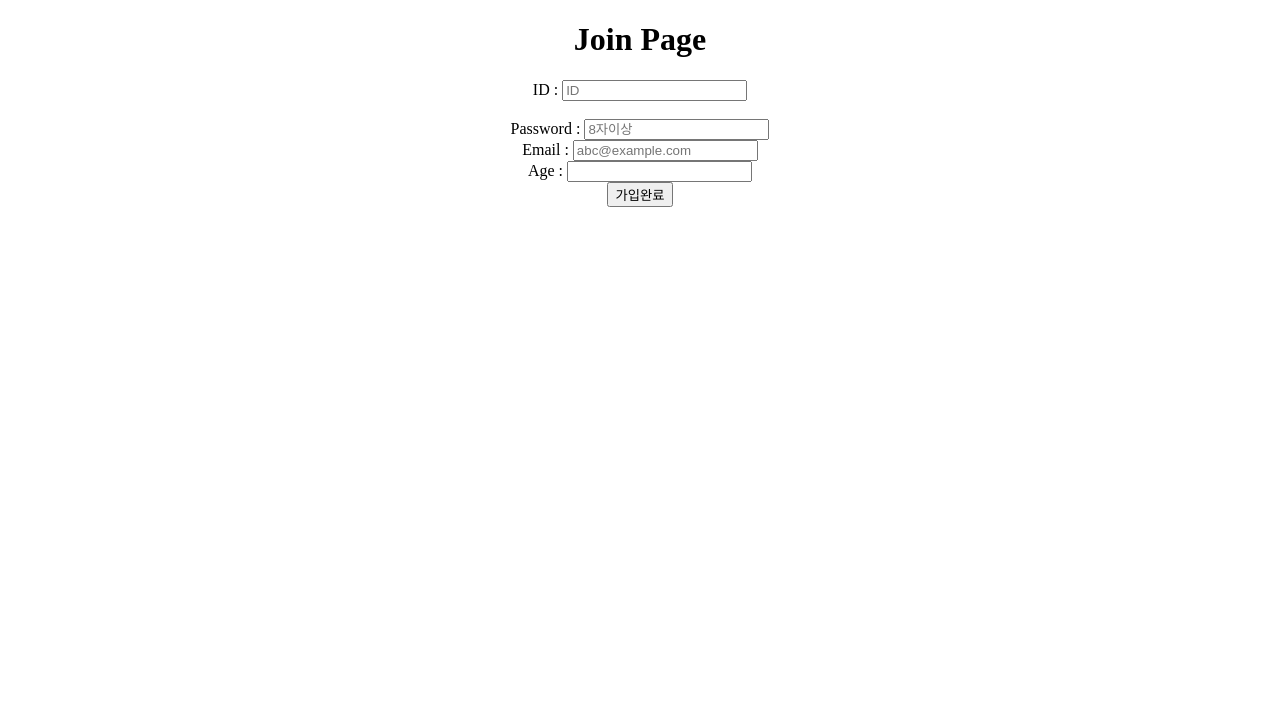
Repository: doridori890130/JSP
Page: http://localhost/jsp_project/mem/join
An editor plug-in stored every save of this project. The page is shown before and after the next save, followed by the edit.
The browser window is 1280 px wide. The pictures show the whole page.
The page is served by Tomcat 9. Other server files are loaded and not shown.

Above is the page before, as saved 2023-06-01 04:36:41.

### jsp_project4/jsp_project/src/main/webapp/member/join.jsp
<%@ page language="java" contentType="text/html; charset=UTF-8"
    pageEncoding="UTF-8"%>
<!DOCTYPE html>
<html>
<head>

<style type="text/css">
h1{
text-align: center;
}

div{
	text-align: center;
	background: lightpupple;

}
</style>
<meta charset="UTF-8">
<title>Join page</title>
</head>
<body>
	<h1>Join Page</h1>
	<div>
	<form action="/mem/register" method="post" >
		ID : <input type="text" name="id" placeholder="ID" > <br> <br>
		Password : <input type="password" name="password" placeholder="8자이상" > <br>
		Email : <input type="text" name="email" placeholder="abc@example.com" > <br>
		Age : <input type="text" name="age"> <br>
		<button type="submit" >가입완료</button>
	</form>
	</div>
</body>
</html>

### jsp_project4/jsp_project/src/main/java/Controller/MemberController.java
package Controller;

import java.io.IOException;
import java.util.List;

import javax.servlet.RequestDispatcher;
import javax.servlet.ServletException;
import javax.servlet.annotation.WebServlet;
import javax.servlet.http.HttpServlet;
import javax.servlet.http.HttpServletRequest;
import javax.servlet.http.HttpServletResponse;
import javax.servlet.http.HttpSession;

import org.slf4j.Logger;
import org.slf4j.LoggerFactory;

import domain.MemberVO;
import service.MemberService;
import service.MemberServiceImpl;

/**
 * Servlet implementation class MemberController
 */
@WebServlet("/mem/*")
public class MemberController extends HttpServlet {
	private static final long serialVersionUID = 1L;
	private static Logger log = LoggerFactory.getLogger(MemberController.class);
	private RequestDispatcher rdp; // 웹의 목적지 주소로 객체를 전달해주는 객체
    private String destpage;
    private int isOk;
    private MemberService msv;

    public MemberController() {
        msv = new MemberServiceImpl();
    }


	protected void service(HttpServletRequest request, HttpServletResponse response) throws ServletException, IOException {
		//characterENcoding 설정
		request.setCharacterEncoding("utf-8");
		response.setCharacterEncoding("utf-8");
		response.setContentType("text/html; charset=utf-8");

		String uri = request.getRequestURI();
		log.info(">>> uri : "+uri);
		String path = uri.substring(uri.lastIndexOf("/")+1);
		log.info(">>> path : "+path);

		switch(path) {
		case "join":
			destpage="/member/join.jsp";
			break;
		case "register":
			try {
				String id = request.getParameter("id");
				String password = request.getParameter("password");
				String email = request.getParameter("email");
				int age = Integer.parseInt(request.getParameter("age"));
				MemberVO mvo = new MemberVO(id,password,email,age);
				isOk = msv.register(mvo);
			} catch (Exception e) {
				e.printStackTrace();
			}
			break;
		case "login":
			destpage="/member/login.jsp";
			break;
		case "login_auth":
			try {
				String id = request.getParameter("id");
				String password = request.getParameter("password");
				MemberVO mvo= new MemberVO(id,password);
				MemberVO loginMvo = msv.login(mvo);
				if(loginMvo != null) {
					HttpSession ses = request.getSession();
					ses.setAttribute("ses", loginMvo);
					ses.setMaxInactiveInterval(10*60);
				}else {
					request.setAttribute("msg_login", 0);
				}
				destpage="/";
			} catch (Exception e) {
				e.printStackTrace();
			}
			break;
		case "logout":
			try {
				HttpSession ses = request.getSession();
				MemberVO mvo = (MemberVO )ses.getAttribute("ses");
				String id = mvo.getId();
				isOk = msv.lastlogin(id);
				ses.invalidate();

			} catch (Exception e) {
				e.printStackTrace();
			}
			destpage="/";
			break;
		case "modify":
			destpage="/member/modify.jsp";
			break;
		case "edit" :
			try {
				MemberVO mvo = new MemberVO(
						request.getParameter("id"),
						request.getParameter("password"),
						request.getParameter("email"),
						Integer.parseInt(request.getParameter("age")),
						request.getParameter("reg_date"),
						request.getParameter("last_login"));
				isOk=msv.modify(mvo);
				if(isOk>0) {
					request.setAttribute("mvo", mvo);
					HttpSession ses = request.getSession();
					ses.setAttribute("ses", mvo);
				}
				destpage="/";
			} catch (Exception e) {
				e.printStackTrace();
			}
			break;
		case "list" :
			try {
				List<MemberVO> list = msv.getList();
				request.setAttribute("list", list);
				destpage="/member/list.jsp";
			} catch (Exception e) {
				e.printStackTrace();
			}
			break;
		case "remove":
			try {
				HttpSession ses = request.getSession();
				MemberVO reMvo = (MemberVO)ses.getAttribute("ses");
				String delId= reMvo.getId();
				isOk = msv.remove(delId);
				ses.invalidate();
				destpage="/";
			} catch (Exception e) {
				e.printStackTrace();
			}
			break;
		}


		rdp = request.getRequestDispatcher(destpage);
		rdp.forward(request, response);
	}


	protected void doGet(HttpServletRequest request, HttpServletResponse response) throws ServletException, IOException {
		service(request,response);
	}


	protected void doPost(HttpServletRequest request, HttpServletResponse response) throws ServletException, IOException {
		service(request,response);
	}

}

### jsp_project4/jsp_project/src/main/java/service/MemberServiceImpl.java
package service;

import java.util.List;

import org.slf4j.Logger;
import org.slf4j.LoggerFactory;

import domain.MemberVO;
import repository.MemberDAO;
import repository.MemberDAOImpl;

public class MemberServiceImpl implements MemberService {
	private static Logger log = LoggerFactory.getLogger(MemberServiceImpl.class);
	private MemberDAO mdao;

	public MemberServiceImpl() {
		mdao= new MemberDAOImpl();
	}

	@Override
	public int register(MemberVO mvo) {
		log.info(">>register service");
		return mdao.register(mvo);
	}

	@Override
	public MemberVO login(MemberVO mvo) {
		log.info(">>login service");
		return mdao.login(mvo);
	}

	@Override
	public int lastlogin(String id) {
		log.info(">>lastlogin service");
		return mdao.lastlogin(id);
	}

	@Override
	public int modify(MemberVO mvo) {
		log.info(">>lastlogin service");
		return mdao.modify(mvo);
	}

	@Override
	public List<MemberVO> getList() {
		log.info(">>lastlogin service");
		return mdao.list();
	}

	@Override
	public int remove(String delId) {
		log.info(">>lastlogin service");
		return mdao.remove(delId);
	}
}

### jsp_project4/jsp_project/src/main/java/repository/MemberDAO.java
package repository;

import java.util.List;

import domain.MemberVO;

public interface MemberDAO {

	int register(MemberVO mvo);

	MemberVO login(MemberVO mvo);

	int lastlogin(String id);

	int modify(MemberVO mvo);

	List<MemberVO> list();

	int remove(String delId);

}

### jsp_project4/jsp_project/src/main/java/repository/MemberDAOImpl.java
package repository;

import java.util.List;

import org.apache.ibatis.session.SqlSession;
import org.slf4j.Logger;
import org.slf4j.LoggerFactory;

import domain.MemberVO;
import orm.DatabaseBuilder;



public class MemberDAOImpl implements MemberDAO {
	private static Logger log = LoggerFactory.getLogger(MemberDAOImpl.class);
	private SqlSession sql;
	private String NS = "MemberMapper.";

	public MemberDAOImpl() {
		new DatabaseBuilder();
		sql= DatabaseBuilder.getFactory().openSession();
	}

	@Override
	public int register(MemberVO mvo) {
		int isOk=sql.insert(NS+"register",mvo);
		if(isOk>0) {
			sql.commit();
		}
		return isOk;
	}

	@Override
	public MemberVO login(MemberVO mvo) {

		return sql.selectOne(NS+"login",mvo);
	}

	@Override
	public int lastlogin(String id) {
		int isOk=sql.update(NS+"lastlogin",id);
		if(isOk>0) {
			sql.commit();
		}
		return isOk;
	}

	@Override
	public int modify(MemberVO mvo) {
		int isOk=sql.update(NS+"modify",mvo);
		if(isOk>0) {
			sql.commit();
		}
		return isOk;
	}

	@Override
	public List<MemberVO> list() {

		return sql.selectList(NS+"list");
	}

	@Override
	public int remove(String delId) {
		int isOk=sql.delete(NS+"del",delId);
		if(isOk>0) {
			sql.commit();
		}
		return isOk;
	}
}

### jsp_project4/jsp_project/src/main/java/orm/DatabaseBuilder.java
package orm;


import java.io.IOException;
import org.apache.ibatis.io.Resources;
import org.apache.ibatis.session.SqlSessionFactory;
import org.apache.ibatis.session.SqlSessionFactoryBuilder;
import org.slf4j.Logger;
import org.slf4j.LoggerFactory;

public class DatabaseBuilder {
	private static Logger log = LoggerFactory.getLogger(DatabaseBuilder.class);
	private static SqlSessionFactory factory;
	private static final String config = "orm/MybatisConfig.xml";

	static {
		try {
			factory = new SqlSessionFactoryBuilder().build(Resources.getResourceAsReader(config));

		} catch (IOException e) {
			log.info("Mybatis 설정오류");
			e.printStackTrace();
		}
	}
	public static SqlSessionFactory getFactory() {
		return factory;
	}
}

### jsp_project4/jsp_project/src/main/java/domain/MemberVO.java
package domain;

public class MemberVO {
//	create table meminfo(
//			mno int auto_increment,
//			id varchar(100),
//			password varchar(100),
//			email varchar(100),
//			age int,
//			reg_date datetime default now(),
//			last_login datetime default null,
//			primary key(mno));
	private int mno;
	private String id;
	private String password;
	private String email;
	private int age;
	private String reg_date;
	private String last_login;

	public MemberVO() {}
	//resister (id, passwor, email, age)
	public MemberVO(String id ,String password, String email, int age) {
		this.id=id;
		this.password=password;
		this.email=email;
		this.age=age;
	}

	// login
	public MemberVO(String id, String password) {
		this.id=id;
		this.password=password;
	}

	//list(id, email, age, reg_date, last_login)
	public MemberVO(String id, String email,int age,String reg_date , String last_login) {
		this.id=id;
		this.email=email;
		this.age=age;
		this.reg_date=reg_date;
		this.last_login=last_login;
	}
	//modify (password, age, email)
	public MemberVO(String password, int age, String email) {
		this.password=password;
		this.age=age;
		this.email=email;
	}
	public MemberVO(String id, String password, String email, int age, String reg_date, String last_login) {

		this.id = id;
		this.password = password;
		this.email = email;
		this.age = age;
		this.reg_date = reg_date;
		this.last_login = last_login;
	}
	public int getMno() {
		return mno;
	}
	public void setMno(int mno) {
		this.mno = mno;
	}
	public String getId() {
		return id;
	}
	public void setId(String id) {
		this.id = id;
	}
	public String getPassword() {
		return password;
	}
	public void setPassword(String password) {
		this.password = password;
	}
	public String getEmail() {
		return email;
	}
	public void setEmail(String email) {
		this.email = email;
	}
	public int getAge() {
		return age;
	}
	public void setAge(int age) {
		this.age = age;
	}
	public String getReg_date() {
		return reg_date;
	}
	public void setReg_date(String reg_date) {
		this.reg_date = reg_date;
	}
	public String getLast_login() {
		return last_login;
	}
	public void setLast_login(String last_login) {
		this.last_login = last_login;
	}
	@Override
	public String toString() {
		return "MemberVo [mno=" + mno + ", id=" + id + ", password=" + password + ", email=" + email + ", age=" + age
				+ ", reg_date=" + reg_date + ", last_login=" + last_login + "]";
	}

}

### jsp_project4/jsp_project/src/main/java/domain/BoardVO.java
package domain;

public class BoardVO {
	private int bno;
	private String title;
	private String writer;
	private String content;
	private String reg_date;
	private int read_count;
	private String image_file;

	public BoardVO() {}

	//register(title, writer, content)
	public BoardVO(String title, String writer, String content) {
		this.title = title;
		this.writer = writer;
		this.content = content;
	}
	//list(bno, title, writer, reg_date)
	public BoardVO(int bno, String title, String writer,
			String reg_date, int read_count) {
		this.bno = bno;
		this.title = title;
		this.writer = writer;
		this.reg_date = reg_date;
		this.read_count = read_count;
	}
	//detail(all)
	public BoardVO(int bno, String title, String writer, String content, String reg_date, int read_count, String image_file) {
		this.bno = bno;
		this.title = title;
		this.writer = writer;
		this.content = content;
		this.reg_date = reg_date;
		this.read_count = read_count;
		this.image_file = image_file;
	}

	//update(bno, title, content)
	public BoardVO(int bno, String title, String content) {
		this.bno = bno;
		this.title =title;
		this.content=content;
	}

	//getter/setter
	public int getBno() {
		return bno;
	}

	public void setBno(int bno) {
		this.bno = bno;
	}

	public String getTitle() {
		return title;
	}

	public int getRead_count() {
		return read_count;
	}

	public void setRead_count(int read_count) {
		this.read_count = read_count;
	}

	public void setTitle(String title) {
		this.title = title;
	}

	public String getWriter() {
		return writer;
	}

	public void setWriter(String writer) {
		this.writer = writer;
	}

	public String getContent() {
		return content;
	}

	public void setContent(String content) {
		this.content = content;
	}

	public String getReg_date() {
		return reg_date;
	}

	public void setReg_date(String reg_date) {
		this.reg_date = reg_date;
	}


	public String getImage_file() {
		return image_file;
	}

	public void setImage_file(String image_file) {
		this.image_file = image_file;
	}

	@Override
	public String toString() {
		return "BoardVO [bno=" + bno + ", title=" + title + ", writer=" + writer + ", content=" + content
				+ ", reg_date=" + reg_date + ", read_count=" + read_count + "]";
	}




}

### jsp_project4/jsp_project/src/main/java/domain/CommentVO.java
package domain;

public class CommentVO {
	private int cno;
	private int bno;
	private String writer;
	private String content;
	private String reg_date;

	public CommentVO() {}

	//post(bno, writer, content)
	public CommentVO(int bno, String writer, String content) {
	this.bno=bno;
	this.writer=writer;
	this.content=content;
	}
	//(writer, content, cno)
	public CommentVO(String writer, String content, int cno) {
	this.writer = writer;
	this.content = content;
	this.cno = cno;
	}
	//modify(cno, content)
	public CommentVO(int cno, String content) {
		this.cno = cno;
		this.content = content;
	}
	//list(bno, cno, writer, content, reg_date)
	public CommentVO(int bno, int cno, String writer, String content,
			String reg_date) {
		this(bno, writer, content);
		this.cno=cno;
		this.reg_date=reg_date;
	}

	public int getCno() {
		return cno;
	}

	public void setCno(int cno) {
		this.cno = cno;
	}

	public int getBno() {
		return bno;
	}

	public void setBno(int bno) {
		this.bno = bno;
	}

	public String getWriter() {
		return writer;
	}

	public void setWriter(String writer) {
		this.writer = writer;
	}

	public String getContent() {
		return content;
	}

	public void setContent(String content) {
		this.content = content;
	}

	public String getReg_date() {
		return reg_date;
	}

	public void setReg_date(String reg_date) {
		this.reg_date = reg_date;
	}

	@Override
	public String toString() {
		return "CommentVO [cno=" + cno + ", bno=" + bno + ", writer=" + writer + ", content=" + content + ", reg_date="
				+ reg_date + "]";
	}
}

### jsp_project4/jsp_project/src/main/java/domain/PagingVO.java
package domain;

public class PagingVO {
	private int pageNo;
	private int qty;

	private String type;
	private String keyword;

	public PagingVO() {
		this(1,10);
	}
	public PagingVO(int pageNo, int qty) {
		this.pageNo=pageNo;
		this.qty=qty;
	}

	public int getPageStart() {
		return (this.pageNo-1)*10;
	}

	public String[] gettypeToArray() {
		return this.type == null ? new String[] {} : this.type.split("");
	}
	public int getPageNo() {
		return pageNo;
	}
	public void setPageNo(int pageNo) {
		this.pageNo = pageNo;
	}
	public int getQty() {
		return qty;
	}
	public void setQty(int qty) {
		this.qty = qty;
	}
	public String getType() {
		return type;
	}
	public void setType(String type) {
		this.type = type;
	}
	public String getKeyword() {
		return keyword;
	}
	public void setKeyword(String keyword) {
		this.keyword = keyword;
	}
	@Override
	public String toString() {
		return "PagingVO [pageNo=" + pageNo + ", qty=" + qty + ", type=" + type + ", keyword=" + keyword + "]";
	}

}

After the next save:
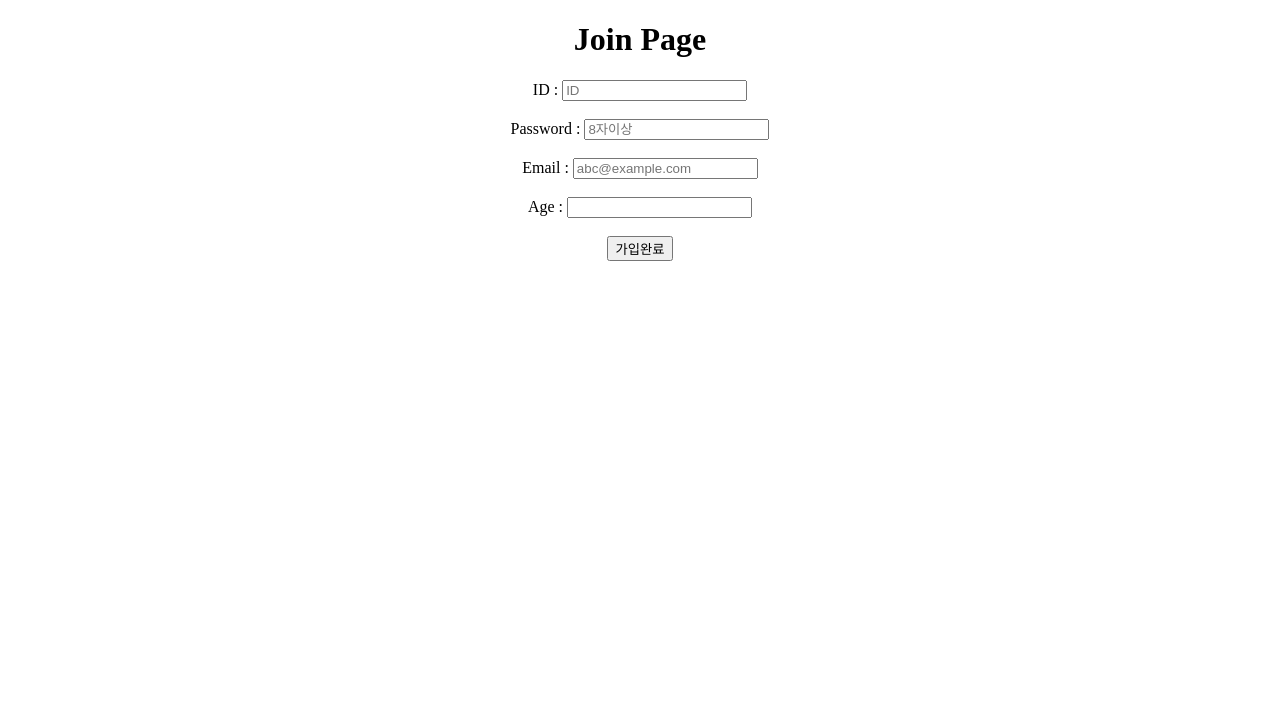
Saved 16 s later.
--- a/jsp_project4/jsp_project/src/main/webapp/member/join.jsp
+++ b/jsp_project4/jsp_project/src/main/webapp/member/join.jsp
@@ -23,9 +23,9 @@ div{
 	<div>
 	<form action="/mem/register" method="post" >
 		ID : <input type="text" name="id" placeholder="ID" > <br> <br>
-		Password : <input type="password" name="password" placeholder="8자이상" > <br>
-		Email : <input type="text" name="email" placeholder="abc@example.com" > <br>
-		Age : <input type="text" name="age"> <br>
+		Password : <input type="password" name="password" placeholder="8자이상" > <br> <br>
+		Email : <input type="text" name="email" placeholder="abc@example.com" > <br> <br>
+		Age : <input type="text" name="age"> <br> <br>
 		<button type="submit" >가입완료</button>
 	</form>
 	</div>

After the 3 saves that followed:
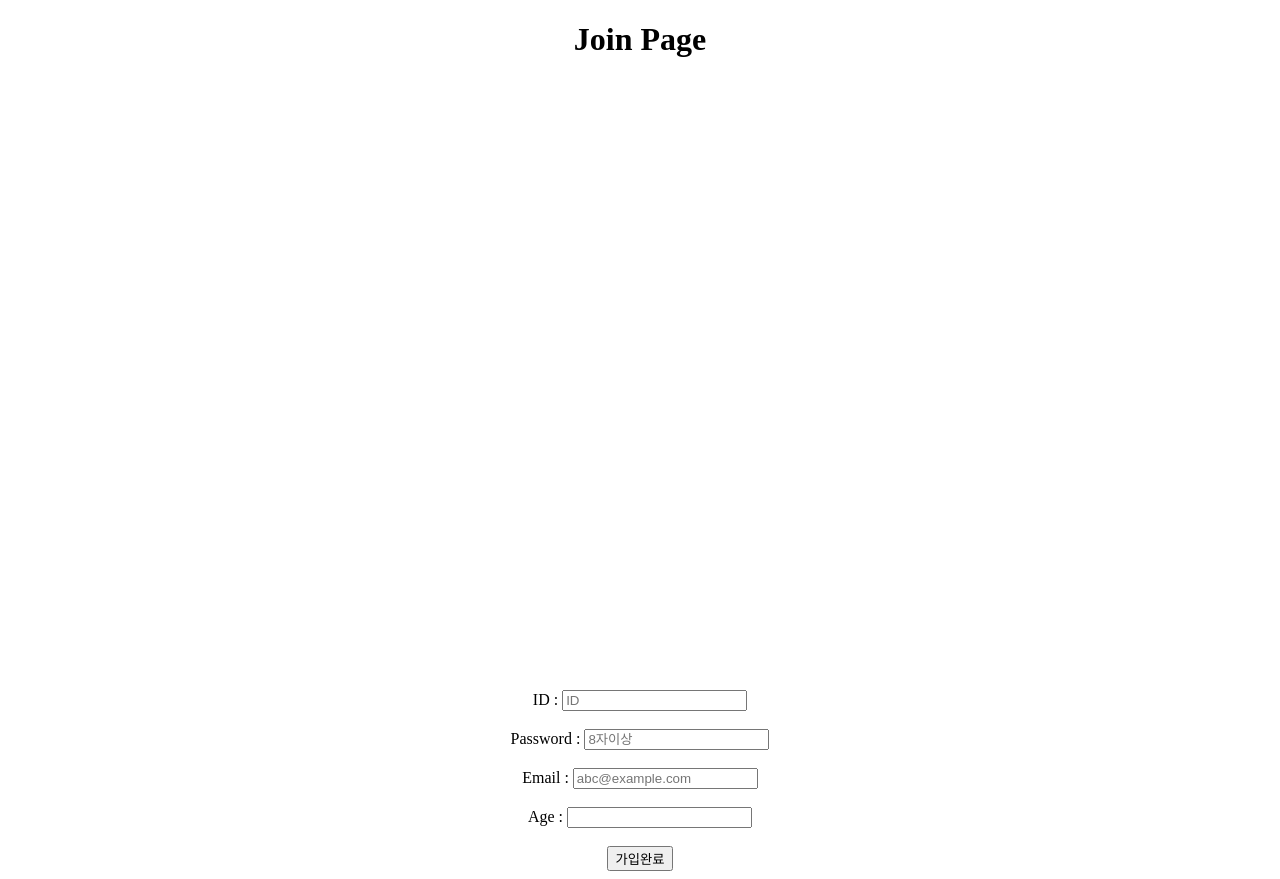
The 3 saves are shown as one change because 1 left the picture as it was and some came seconds apart.
The last was saved 37 s later.
--- a/jsp_project4/jsp_project/src/main/webapp/member/join.jsp
+++ b/jsp_project4/jsp_project/src/main/webapp/member/join.jsp
@@ -10,8 +10,10 @@ text-align: center;
 }
 
 div{
+	margin:auto;
 	text-align: center;
 	background: lightpupple;
+	margin-top: 50%;
 
 }
 </style>
